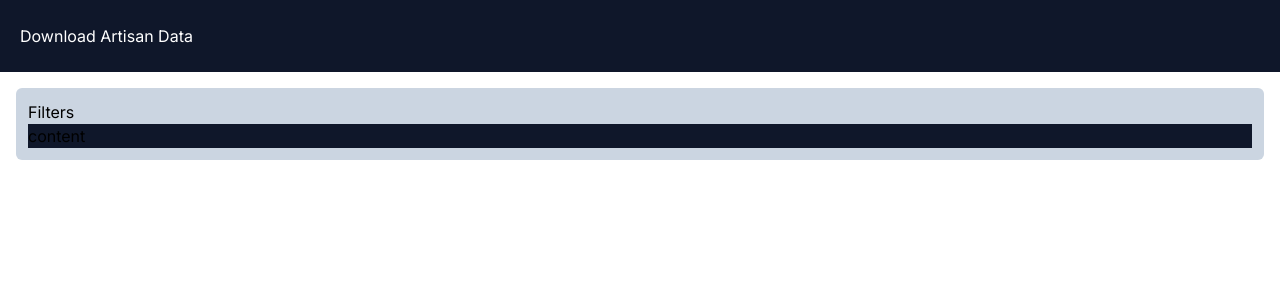
Repository: marcusdashe/artisanindex_frontend
Page: /components/DownloadDataScreen
These files come from the project's save history. The page is drawn as it stood at one moment and after the next save; the edit follows.
The browser window is 1280 px wide. The pictures show the whole page.
The project was rebuilt for these pictures with package versions that can differ from the ones it lists, and the page was loaded fresh each time. The framework's server and built-in components were replaced by stand-ins that run in the browser. Also part of the build but not shown: next.config.js.

Above is the page before, as saved 2023-03-07 12:48:05.

### pages/_document.js
import { Html, Head, Main, NextScript } from "next/document";

export default function Document() {
  return (
    <Html lang="en">
      <Head>
        <link rel="preconnect" href="https://fonts.googleapis.com" />
        <link
          rel="preconnect"
          href="https://fonts.gstatic.com"
          crossOrigin="true"
        />
        <link
          href="https://fonts.googleapis.com/css2?family=Inter:wght@100;200;300;400;500;600&display=swap"
          rel="stylesheet"
        />
      </Head>
      <body>
        <Main />
        <NextScript />
      </body>
    </Html>
  );
}

### pages/components/DownloadDataScreen.js
import React from "react";

function DownloadDataScreen() {
  return (
    <div className="w-full h-[100vh]">
      <div className="w-full h-[10vh] bg-slate-900 flex items-center content-center justify-start text-white p-5">
        <h1>Download Artisan Data</h1>
      </div>
      <div className="w-full h-[90vh] p-4">
        <div className="w-full rounded-md p-3 bg-slate-300 flex flex-col">
          <h4>Filters</h4>
          <div className="w-full bg-slate-900">content</div>
        </div>
      </div>
    </div>
  );
}

export default DownloadDataScreen;

### styles/globals.css
@tailwind base;
@tailwind components;
@tailwind utilities;

@layer base {
  html {
    font-family: "Inter", sans-serif;
  }
}

### tailwind.config.js
/** @type {import('tailwindcss').Config} */

module.exports = {
  content: [
    "./pages/**/*.{js,ts,jsx,tsx}",
    "./components/**/*.{js,ts,jsx,tsx}",
  ],
  theme: {
    extend: {},
  },
  plugins: [],
};

Loaded but not shown: pages/_app.js (common file)

After the next save:
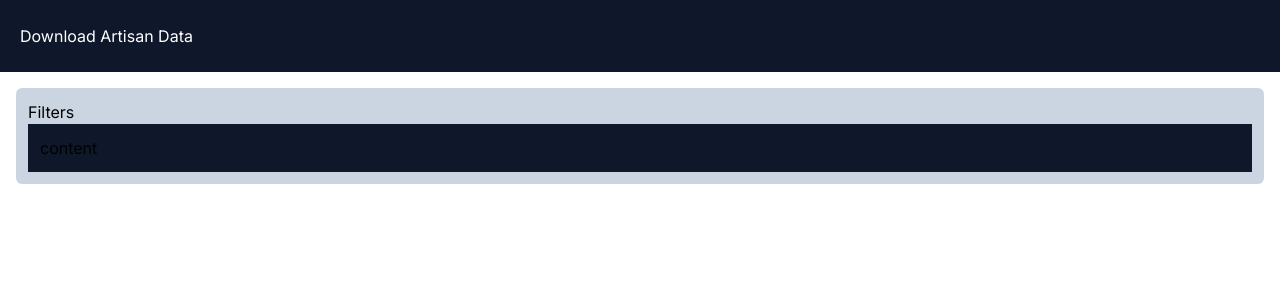
Saved 9 s later.
--- a/pages/components/DownloadDataScreen.js
+++ b/pages/components/DownloadDataScreen.js
@@ -9,7 +9,7 @@
       <div className="w-full h-[90vh] p-4">
         <div className="w-full rounded-md p-3 bg-slate-300 flex flex-col">
           <h4>Filters</h4>
-          <div className="w-full bg-slate-900">content</div>
+          <div className="w-full bg-slate-900 p-3">content</div>
         </div>
       </div>
     </div>

After the save that followed:
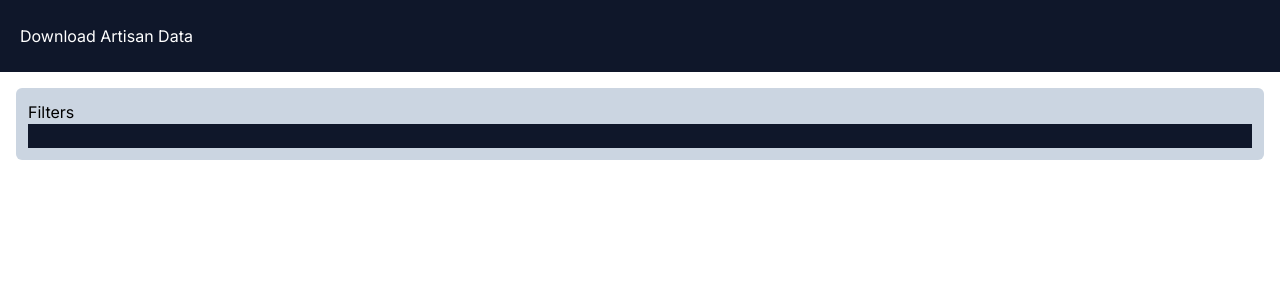
Saved 8 s later.
--- a/pages/components/DownloadDataScreen.js
+++ b/pages/components/DownloadDataScreen.js
@@ -9,7 +9,7 @@
       <div className="w-full h-[90vh] p-4">
         <div className="w-full rounded-md p-3 bg-slate-300 flex flex-col">
           <h4>Filters</h4>
-          <div className="w-full bg-slate-900 p-3">content</div>
+          <div className="w-full bg-slate-900 p-3"></div>
         </div>
       </div>
     </div>
